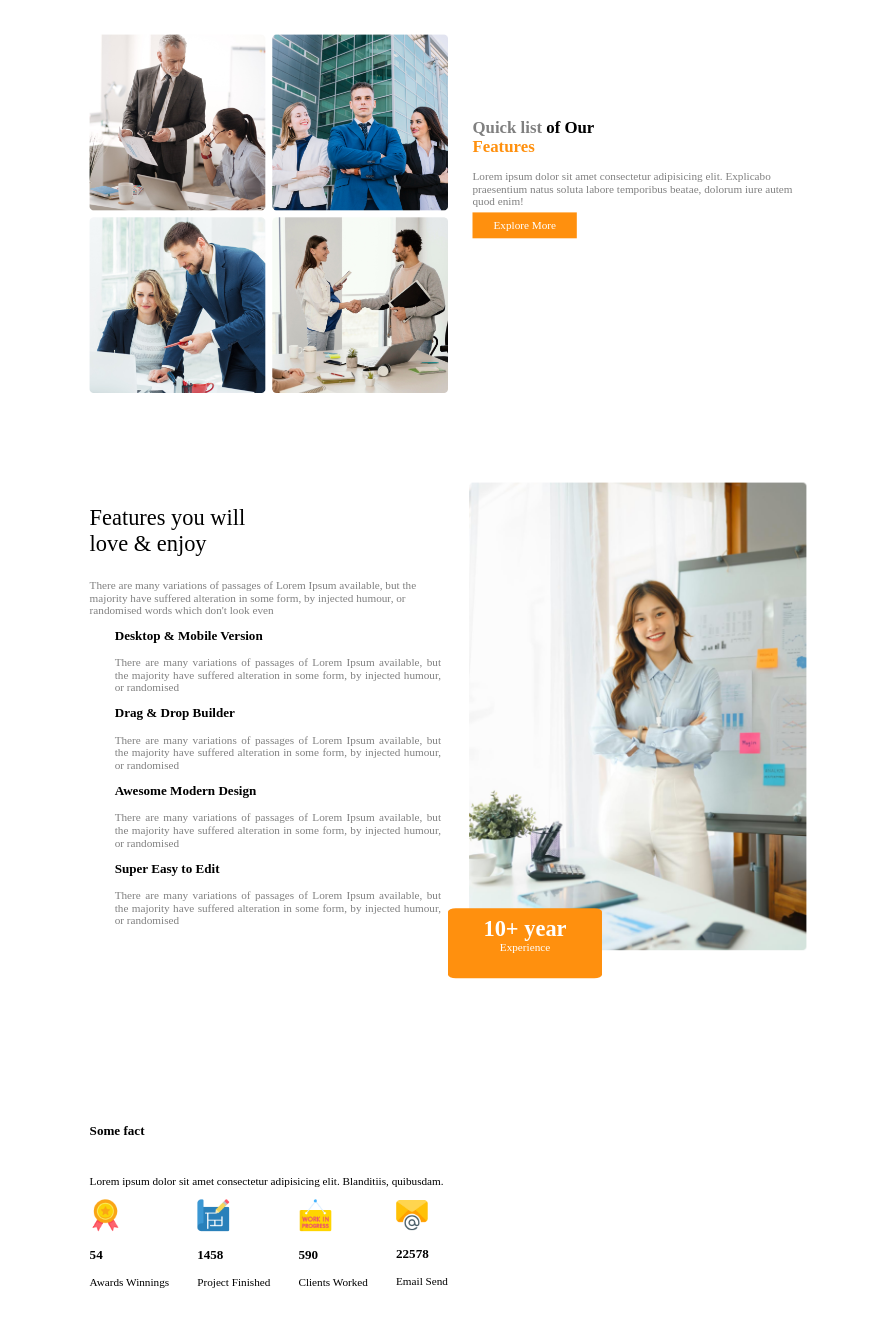
Repository: sadiaafsana138/Architect
Page: index.html
An editor plug-in stored every save of this project. The page is shown before and after the next save, followed by the edit.
The browser window is 1280 px wide. The pictures show the part of the page from y = 1029 to 2949 px (the page is 2949 px tall before and 2821 px after), at 70% of full size.

Above is the page before, as saved 2023-01-16 18:00:23.

After the next save:
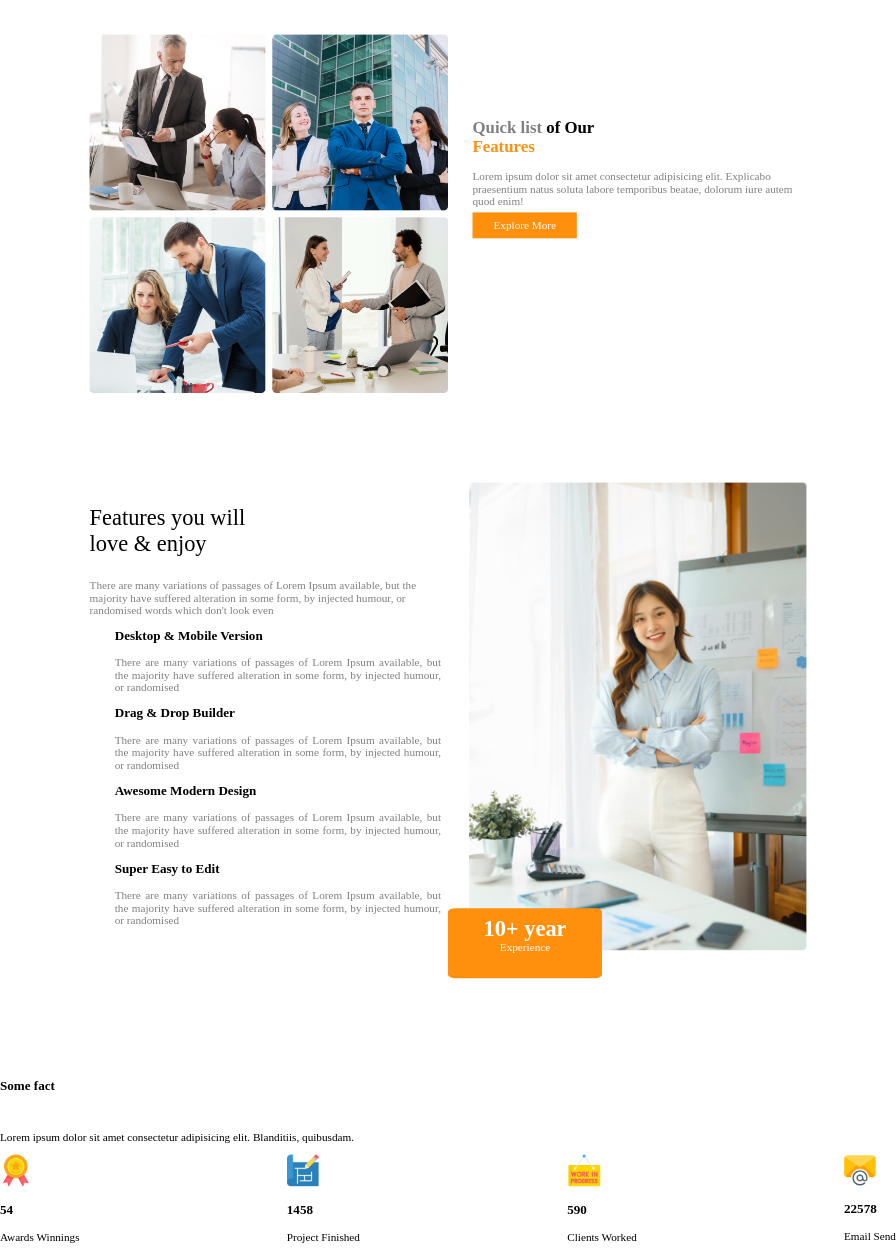
Saved 32 s later.
--- a/index.html
+++ b/index.html
@@ -115,7 +115,7 @@
     </div>
   </section>
   <!--section-4 Some Facts-->
-  <section class="section-2">
+  <section class="section-4">
     <div>
       <h3>
         Some fact
